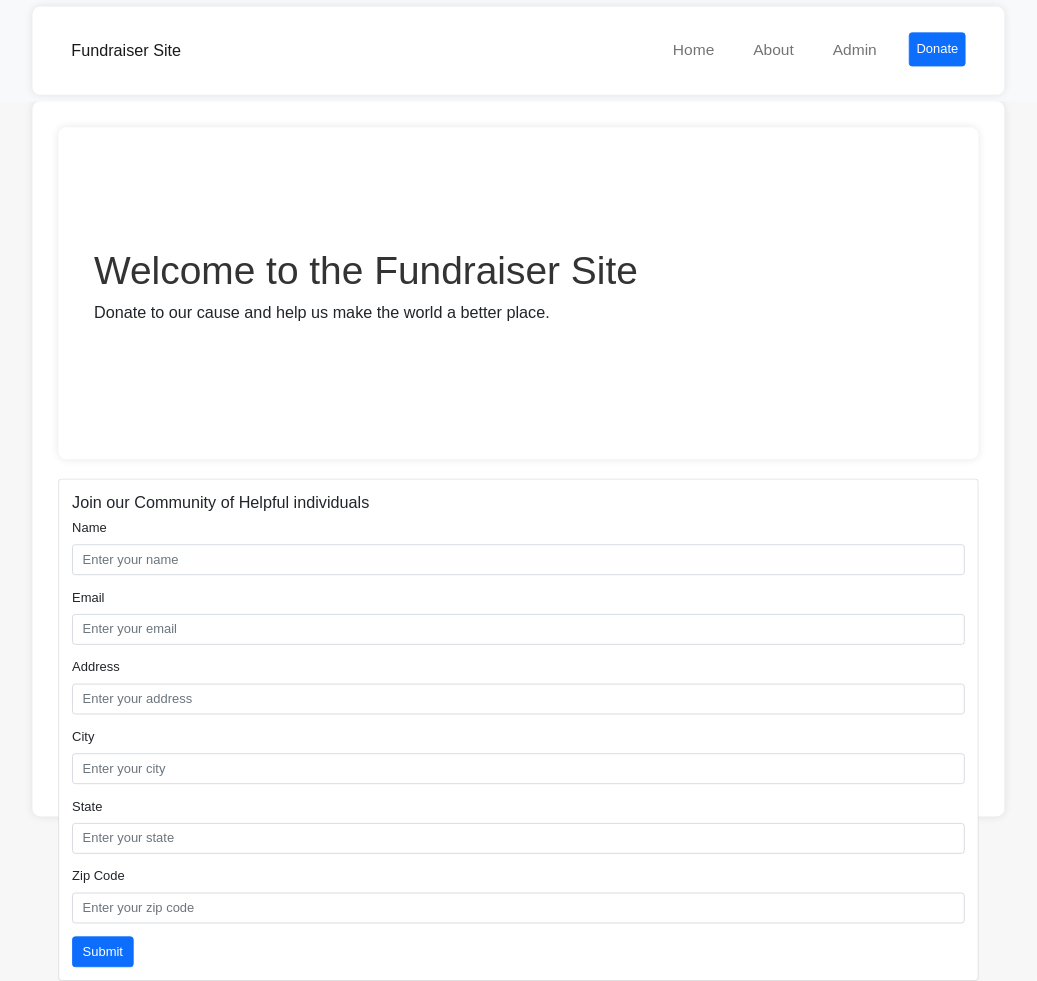
Repository: DragonFruit8/Fundraiser-Page
Page: /
The author's editor kept a copy of each file at every save. The page is drawn from the files as they stood at one save, then again after a run of saves.
The browser window is 1280 px wide. The pictures show the whole page, at 81% of full size.
The project was rebuilt for these pictures with package versions that can differ from the ones it lists, and the page was loaded fresh each time. Also part of the build but not shown: src/pages/About.js, src/pages/Donate.js, src/pages/Admin.js.

Above is the page before, as saved 2024-07-19 13:03:56.

### public/index.html
<!DOCTYPE html>
<html lang="en">
  <head>
    <meta charset="utf-8" />
    <link rel="icon" href="%PUBLIC_URL%/favicon.ico" />
    <meta name="viewport" content="width=device-width, initial-scale=1" />
    <meta name="theme-color" content="#000000" />
    <meta
      name="description"
      content="Web site created using create-react-app"
    />
    <link rel="apple-touch-icon" href="%PUBLIC_URL%/logo192.png" />
    <link
      href="https://cdn.jsdelivr.net/npm/bootstrap@5.0.2/dist/css/bootstrap.min.css"
      rel="stylesheet"
      integrity="sha384-EVSTQN3/azprG1Anm3QDgpJLIm9Nao0Yz1ztcQTwFspd3yD65VohhpuuCOmLASjC"
      crossorigin="anonymous"
    />
    <!--
      manifest.json provides metadata used when your web app is installed on a
      user's mobile device or desktop. See https://developers.google.com/web/fundamentals/web-app-manifest/
    -->
    <link rel="manifest" href="%PUBLIC_URL%/manifest.json" />
    <!--
      Notice the use of %PUBLIC_URL% in the tags above.
      It will be replaced with the URL of the `public` folder during the build.
      Only files inside the `public` folder can be referenced from the HTML.

      Unlike "/favicon.ico" or "favicon.ico", "%PUBLIC_URL%/favicon.ico" will
      work correctly both with client-side routing and a non-root public URL.
      Learn how to configure a non-root public URL by running `npm run build`.
    -->
    <title>React App</title>
  </head>
  <body>
    <noscript>You need to enable JavaScript to run this app.</noscript>
    <div id="root"></div>
    <!--
      This HTML file is a template.
      If you open it directly in the browser, you will see an empty page.

      You can add webfonts, meta tags, or analytics to this file.
      The build step will place the bundled scripts into the <body> tag.

      To begin the development, run `npm start` or `yarn start`.
      To create a production bundle, use `npm run build` or `yarn build`.
    -->
    <script
      src="https://cdn.jsdelivr.net/npm/bootstrap@5.0.2/dist/js/bootstrap.bundle.min.js"
      integrity="sha384-MrcW6ZMFYlzcLA8Nl+NtUVF0sA7MsXsP1UyJoMp4YLEuNSfAP+JcXn/tWtIaxVXM"
      crossorigin="anonymous"
    ></script>
    <script
      src="https://cdn.jsdelivr.net/npm/@popperjs/core@2.9.2/dist/umd/popper.min.js"
      integrity="sha384-IQsoLXl5PILFhosVNubq5LC7Qb9DXgDA9i+tQ8Zj3iwWAwPtgFTxbJ8NT4GN1R8p"
      crossorigin="anonymous"
    ></script>
    <script
      src="https://cdn.jsdelivr.net/npm/bootstrap@5.0.2/dist/js/bootstrap.min.js"
      integrity="sha384-cVKIPhGWiC2Al4u+LWgxfKTRIcfu0JTxR+EQDz/bgldoEyl4H0zUF0QKbrJ0EcQF"
      crossorigin="anonymous"
    ></script>
  </body>
</html>

### src/App.js
import React from 'react';
import { BrowserRouter as Router, Route, Routes, Link } from 'react-router-dom';
import Home from './pages/HomeContainer';
import About from './pages/About';
import Donate from './pages/Donate';
import Admin from './pages/Admin';
import GlobalStyle from './globalStyles';
import Navbar from './components/Navbar';

const App = () => {
  return (
    <Router>
      <GlobalStyle />
        <Navbar />
      <Routes>
          <Route exact path="/" element={<Home />} />
          <Route path="/about" element={<About />} />
          <Route path="/donate" element={<Donate />} />
          <Route path="/admin" element={<Admin />} />
      </Routes>
    </Router>
  );
};

export default App;

### src/pages/HomeContainer.js

import React, { useState } from 'react';


const HomeContainer = () => {
    const [residentialInfo, setResidentialInfo] = useState({
        address: '',
        city: '',
        state: '',
        zipCode: ''
    });

    const handleChange = (e) => {
        setResidentialInfo({
            ...residentialInfo,
            [e.target.name]: e.target.value
        });
    };

    const handleSubmit = (e) => {
        e.preventDefault();
        // Send residentialInfo to the association for neighbors
        console.log(residentialInfo);
        // Reset the form
        setResidentialInfo({
            address: '',
            city: '',
            state: '',
            zipCode: ''
        });
    };

    return (
        <section className="container">
            <div className="row justify-content-center">
                <div className="col">
                    <div className="d-flex container row h-50 justify-content-center align-items-center">
                        <div className="col">
                            <h1 className="display-5">Welcome to the Fundraiser Site</h1>
                            <p className="lead">Donate to our cause and help us make the world a better place.</p>
                        </div>
                    </div>
                    {/* A note for the resident */}

                    <div className="card mt-4">
                        <div className="card-body">
                            <h5 className="card-title">Join our Community of Helpful individuals</h5>
                            <form onSubmit={handleSubmit}>
                                <div className="mb-3">
                                    <label htmlFor="name" className="form-label">Name</label>
                                    <input type="text" className="form-control" id="name" placeholder="Enter your name" />
                                </div>
                                <div className="mb-3">
                                    <label htmlFor="email" className="form-label">Email</label>
                                    <input type="email" className="form-control" id="email" placeholder="Enter your email" />
                                </div>
                                <div className="mb-3">
                                    <label htmlFor="address" className="form-label">Address</label>
                                    <input type="text" className="form-control" id="address" name="address" value={residentialInfo.address} onChange={handleChange} placeholder="Enter your address" />
                                </div>
                                <div className="mb-3">
                                    <label htmlFor="city" className="form-label">City</label>
                                    <input type="text" className="form-control" id="city" name="city" value={residentialInfo.city} onChange={handleChange} placeholder="Enter your city" />
                                </div>
                                <div className="mb-3">
                                    <label htmlFor="state" className="form-label">State</label>
                                    <input type="text" className="form-control" id="state" name="state" value={residentialInfo.state} onChange={handleChange} placeholder="Enter your state" />
                                </div>
                                <div className="mb-3">
                                    <label htmlFor="zipCode" className="form-label">Zip Code</label>
                                    <input type="text" className="form-control" id="zipCode" name="zipCode" value={residentialInfo.zipCode} onChange={handleChange} placeholder="Enter your zip code" />
                                </div>
                                <button type="submit" className="btn btn-primary">Submit</button>
                            </form>
                        </div>
                    </div>
                </div>
            </div>
        </section>
    );
    };


export default HomeContainer;

### src/globalStyles.js
import { createGlobalStyle } from 'styled-components';

const GlobalStyle = createGlobalStyle`
  body {
    margin: 0;
    padding: 0;
    font-family: 'Arial', sans-serif;
    background-color: #f7f7f7;
  }

  nav {
    background-color: #333;
    padding: 1rem;
    display: flex;
    justify-content: center;
  }

  nav a {
    color: #fff;
    margin: 0 1rem;
    text-decoration: none;
    font-size: 1.2rem;
  }

  nav a:hover {
    text-decoration: underline;
  }

  .container {
    max-width: 1200px;
    margin: 0 auto;
    padding: 2rem;
    background-color: #fff;
    box-shadow: 0 0 10px rgba(0, 0, 0, 0.1);
    border-radius: 10px;
  }

  h1 {
    color: #333;
  }

  button {
    background-color: #007BFF;
    color: #fff;
    border: none;
    padding: 0.5rem 1rem;
    font-size: 1rem;
    border-radius: 5px;
    cursor: pointer;
  }

  button:hover {
    background-color: #0056b3;
  }

  input {
    padding: 0.5rem;
    font-size: 1rem;
    margin-right: 0.5rem;
    border-radius: 5px;
    border: 1px solid #ccc;
  }
`;

export default GlobalStyle;

### src/components/Navbar.js
import React from 'react';
import { Link } from 'react-router-dom';

const Navbar = () => {
    return (
        <nav className="navbar navbar-expand-lg navbar-light bg-light">
            <div className="container">
                <Link className="navbar-brand" to="/">Fundraiser Site</Link>
                <button className="navbar-toggler" type="button" data-bs-toggle="collapse" data-bs-target="#navbarNav" aria-controls="navbarNav" aria-expanded="false" aria-label="Toggle navigation">
                    <span className="navbar-toggler-icon"></span>
                </button>
                <div className="collapse navbar-collapse" id="navbarNav">
                    <ul className="navbar-nav ms-auto">
                        <li className="nav-item">
                            <Link className="nav-link" to="/">Home</Link>
                        </li>
                        <li className="nav-item">
                            <Link className="nav-link" to="/about">About</Link>
                        </li>
                        <li className="nav-item">
                            <Link className="nav-link" to="/admin">Admin</Link>
                        </li>
                        <li className="nav-item">
                            <Link className="nav-link btn btn-primary text-white" to="/donate">Donate</Link>
                        </li>
                    </ul>
                </div>
            </div>
        </nav>
    );
}

export default Navbar;

Loaded but not shown: src/index.js (common file); src/index.css (common file)

After the next 2 saves:
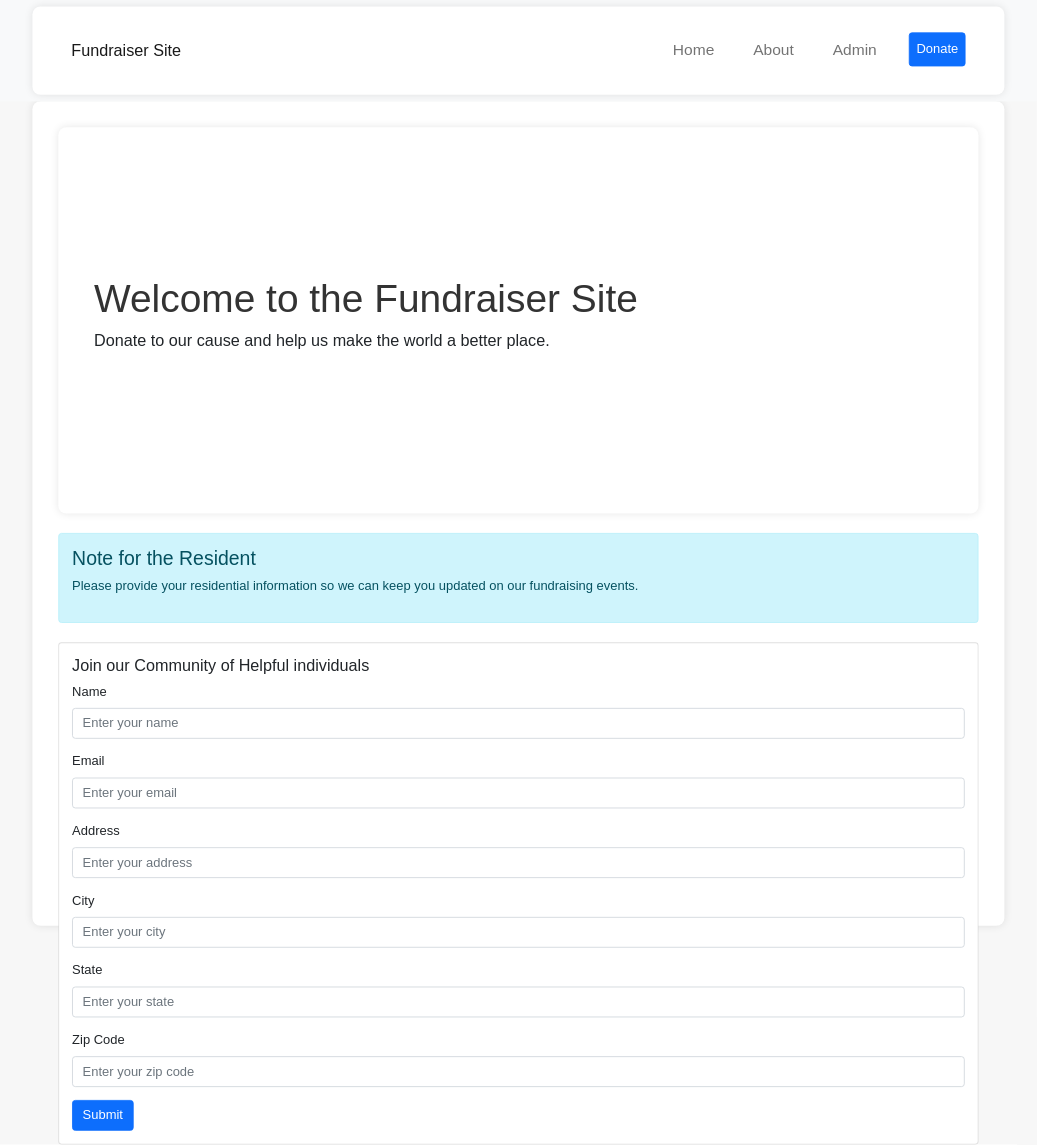
The 2 saves are shown as one change because they came seconds apart.
The last was saved 7 s later.
--- a/src/pages/HomeContainer.js
+++ b/src/pages/HomeContainer.js
@@ -41,7 +41,12 @@ const HomeContainer = () => {
                         </div>
                     </div>
                     {/* A note for the resident */}
-
+                    <div className="alert alert-info mt-4" role="alert">
+                        <h4 className="alert-heading">Note for the Resident</h4>
+                        <p>
+                            Please provide your residential information so we can keep you updated on our fundraising events.
+                        </p>
+                    </div>
                     <div className="card mt-4">
                         <div className="card-body">
                             <h5 className="card-title">Join our Community of Helpful individuals</h5>
